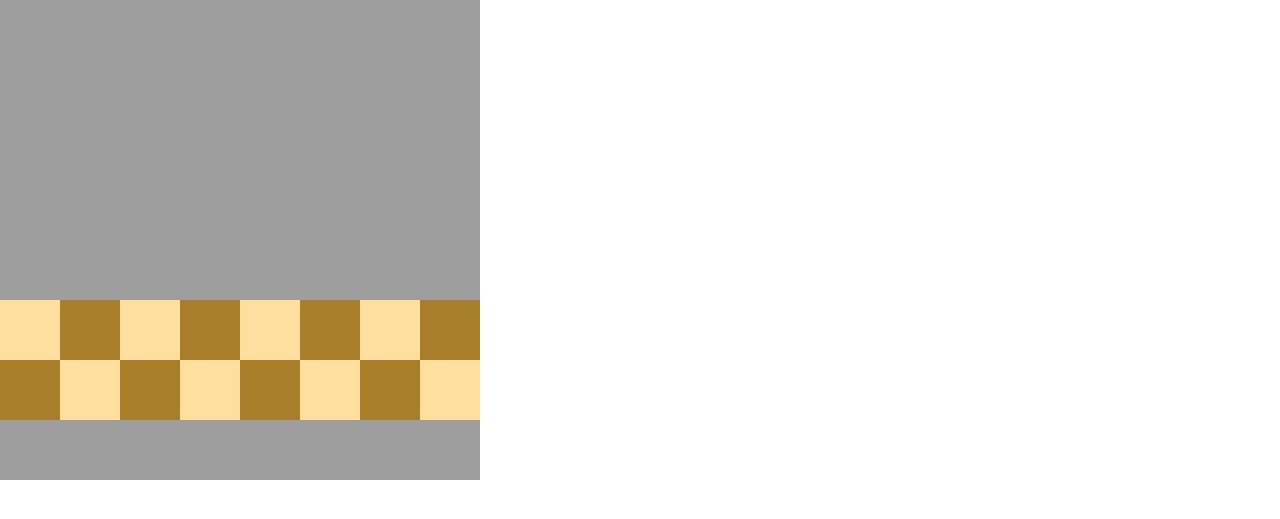
Repository: jameswilky/chess
Page: index.html
The author's editor kept a copy of each file at every save. The page is drawn from the files as they stood at one save, then again after the next save.
The browser window is 1280 px wide. The pictures show the whole page.

Above is the page before, as saved 2018-11-15 10:22:17.

After the next save:
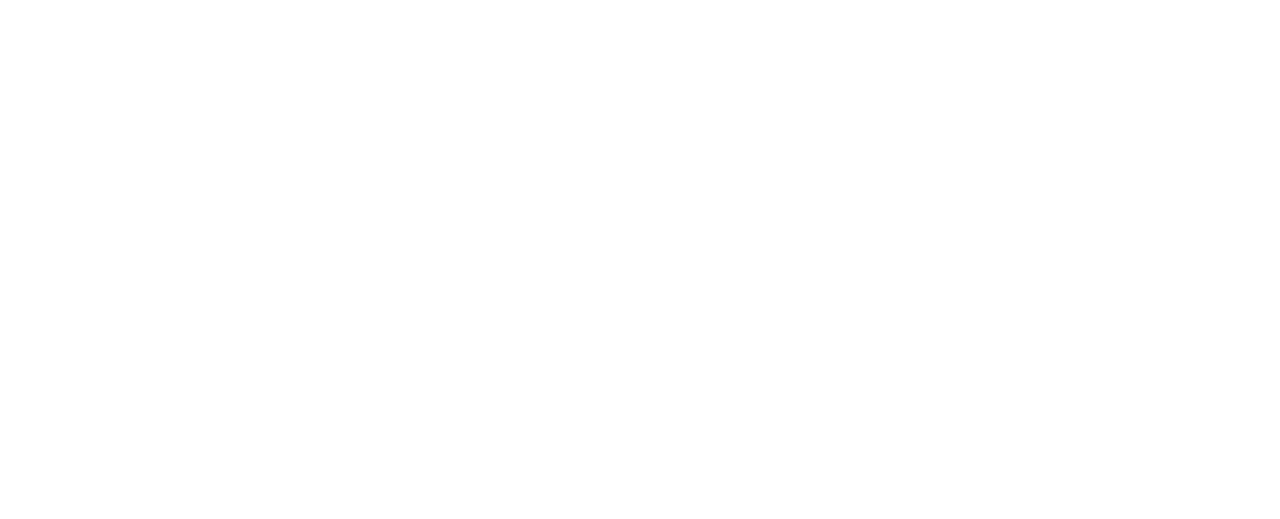
Console error (its wording comes from the project's code and is left out).
Saved 38 s later.
--- a/game.js
+++ b/game.js
@@ -74,7 +74,7 @@
   if (IsBlackTurn) {
     //Run black turn AI
     console.log("Black thinking...")
-    awa
+    await new Promise(resolve => setTimeout(resolve, 2000));
     set_turn();
   }
 }, false);

After the 3 saves that followed:
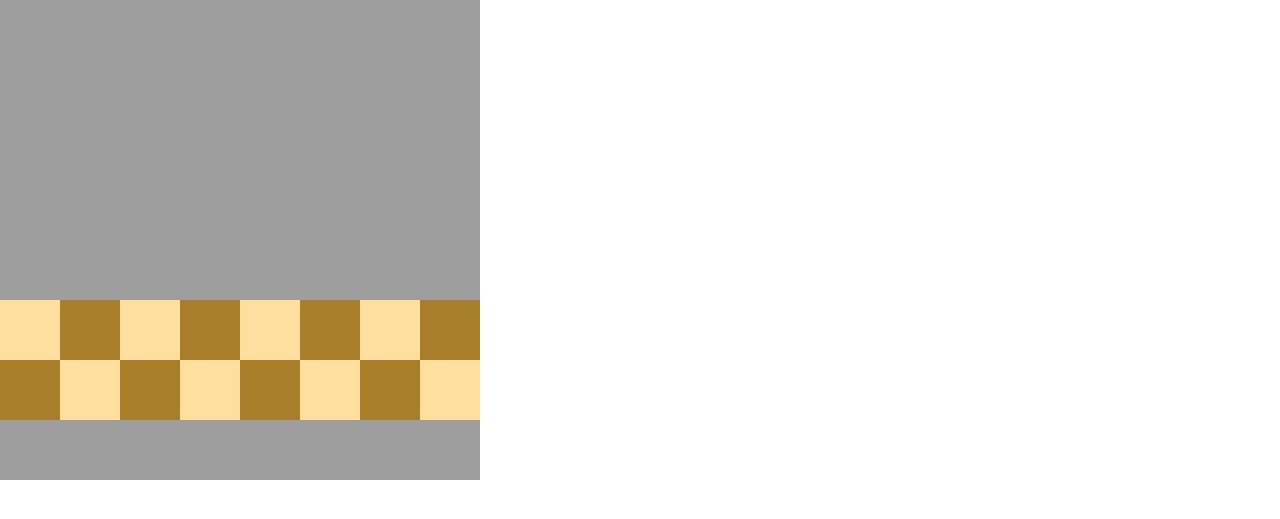
The error is gone.
The 3 saves are shown as one change because 2 left the picture as it was.
The last was saved 28 s later.
--- a/game.js
+++ b/game.js
@@ -73,8 +73,8 @@
   set_turn();
   if (IsBlackTurn) {
     //Run black turn AI
-    console.log("Black thinking...")
-    await new Promise(resolve => setTimeout(resolve, 2000));
+    console.log("Black thinking...");
+    console.log("Black moved");
     set_turn();
   }
 }, false);
